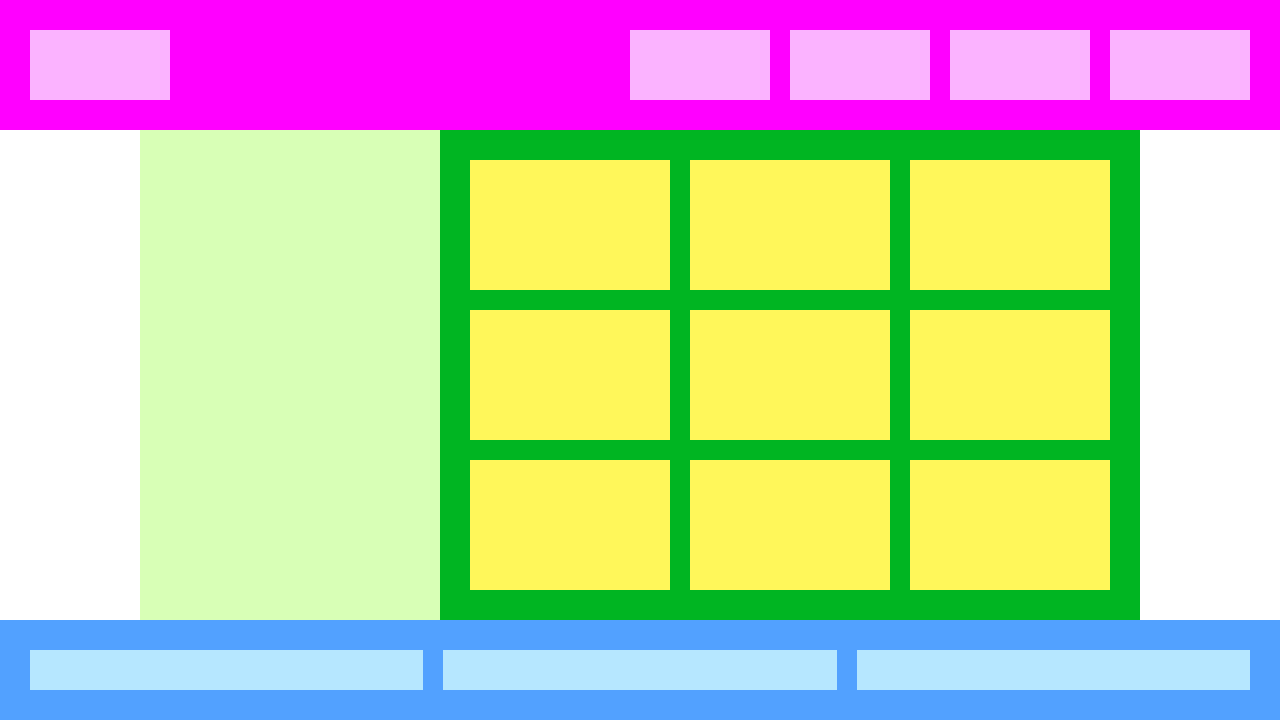
Repository: CarAll02/git-practice
Page: flexbox_exercise/index.html
The author's editor kept a record of every edit. The page is drawn from the files as they stood at one moment, then again after the next edit.
The browser window is 1280 px wide. The pictures show the whole page.

Above is the page before.

After the next edit:
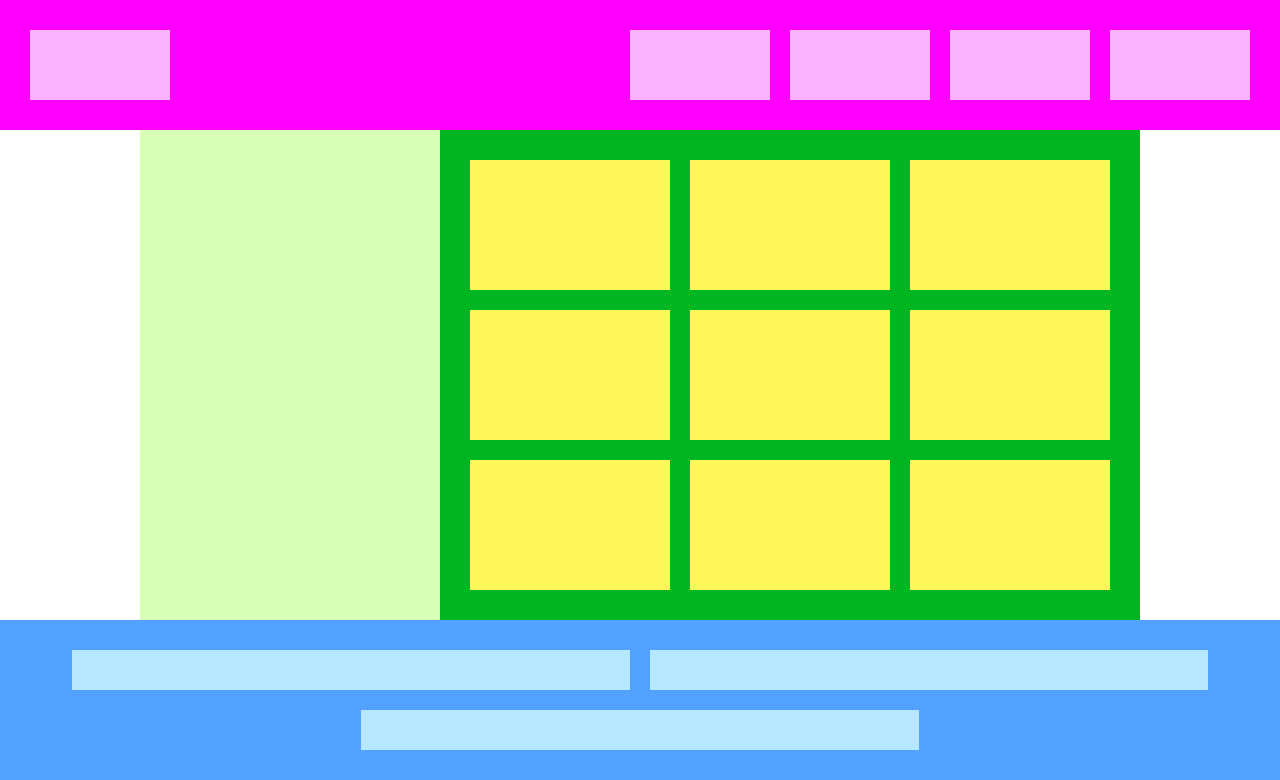
The edit:
--- a/flexbox_exercise/style.css
+++ b/flexbox_exercise/style.css
@@ -54,6 +54,8 @@
   padding:20px;
   background-color:#52a1ff;
   display:flex;
+  flex-wrap:wrap;
+  justify-content:center;
 }
 
 .footer-item{
